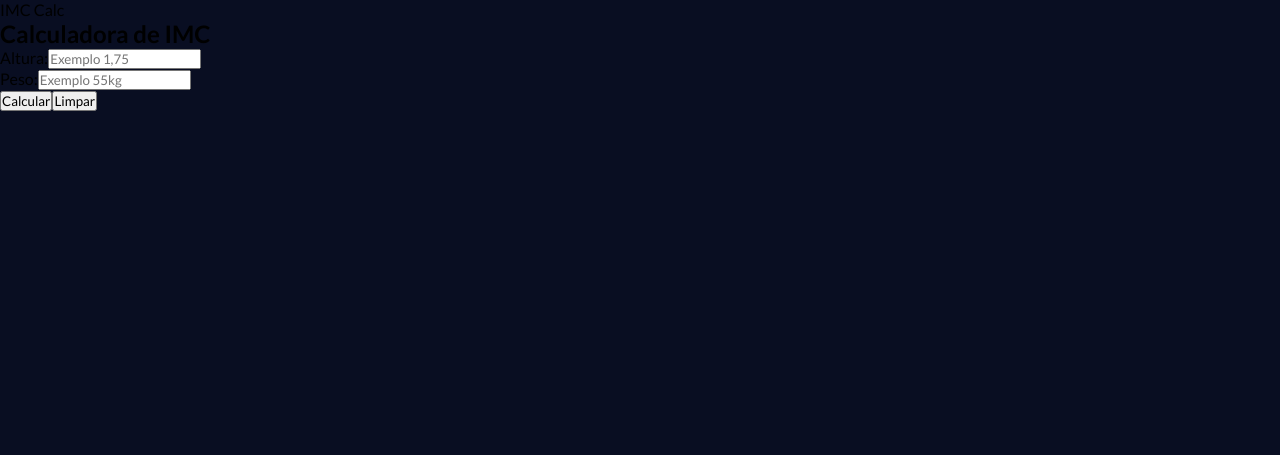
Repository: Bitroia/imc-calc-react
Page: / (app in imc/imc-calc/)
An editor plug-in stored every save of this project. The page is shown before and after a run of saves, followed by the edit.
The browser window is 1280 px wide. The pictures show the whole page.
The project was rebuilt for these pictures with package versions that can differ from the ones it lists, and the page was loaded fresh each time. Also part of the build but not shown: imc/imc-calc/vite.config.js.

Above is the page before, as saved 2026-05-26 18:24:40.

After the next 14 saves:
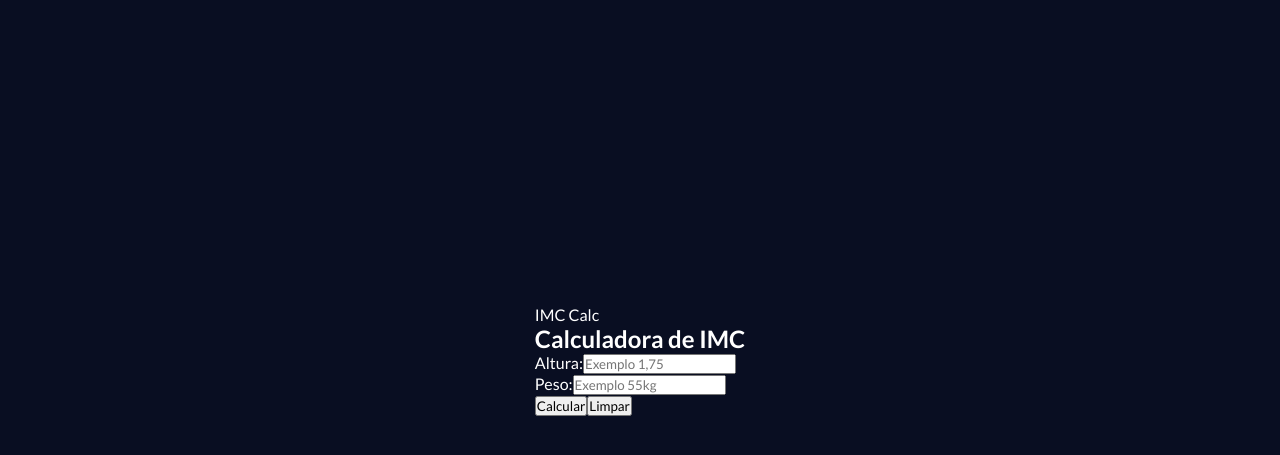
The 14 saves are shown as one change because they came seconds apart.
The last was saved 34 s later.
--- a/imc/imc-calc/src/index.css
+++ b/imc/imc-calc/src/index.css
@@ -7,5 +7,9 @@
 
 body{
   background-color: #090e22;
-  disp
+  display: flex;
+  justify-content: center;
+  align-items: center;
+  min-height: 100vh;
+  color: #fff;
 }
